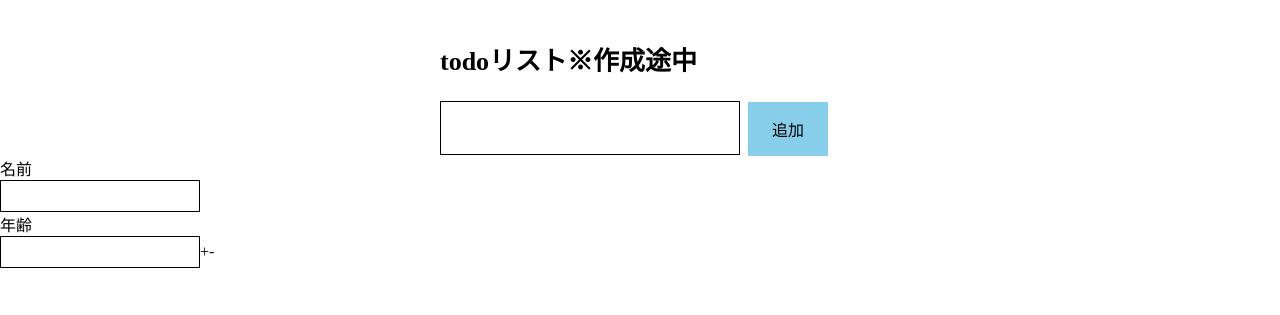
Repository: FujieRyou/react_practice
Page: /
These files come from the project's save history. The page is drawn as it stood at one moment and after the next save; the edit follows.
The browser window is 1280 px wide. The pictures show the whole page.
The project was rebuilt for these pictures with package versions that can differ from the ones it lists, and the page was loaded fresh each time. Also part of the build but not shown: vite.config.js, src/components/testComponent.jsx, src/components/countUp.jsx, src/components/switchFlag.jsx, src/components/props1.jsx, src/components/profile.jsx, src/components/ivent.jsx.

Above is the page before, as saved 2023-01-19 04:15:20.

After the next save:
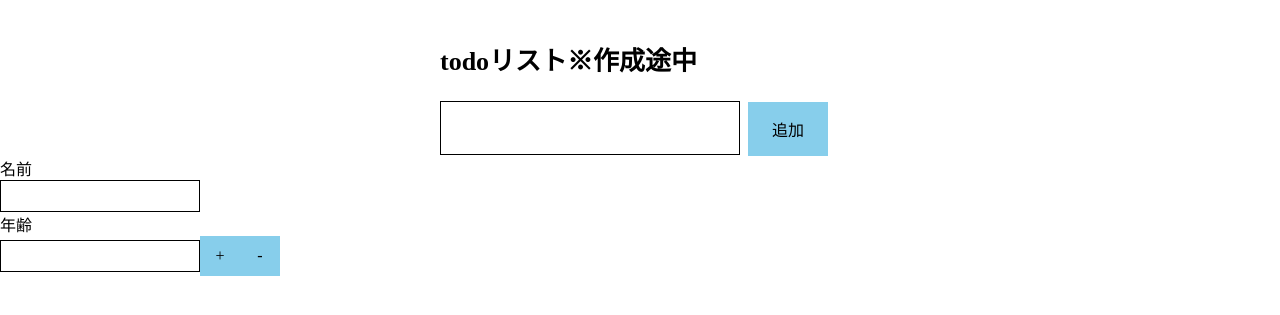
Saved 33 s later.
--- a/src/scss/style.scss
+++ b/src/scss/style.scss
@@ -64,3 +64,9 @@ input{
     margin-top: 24px;
     font-size: 24px;
 }
+
+.additionBtn{
+    width: 40px;
+    height: 40px;
+    background-color: skyblue;
+}
